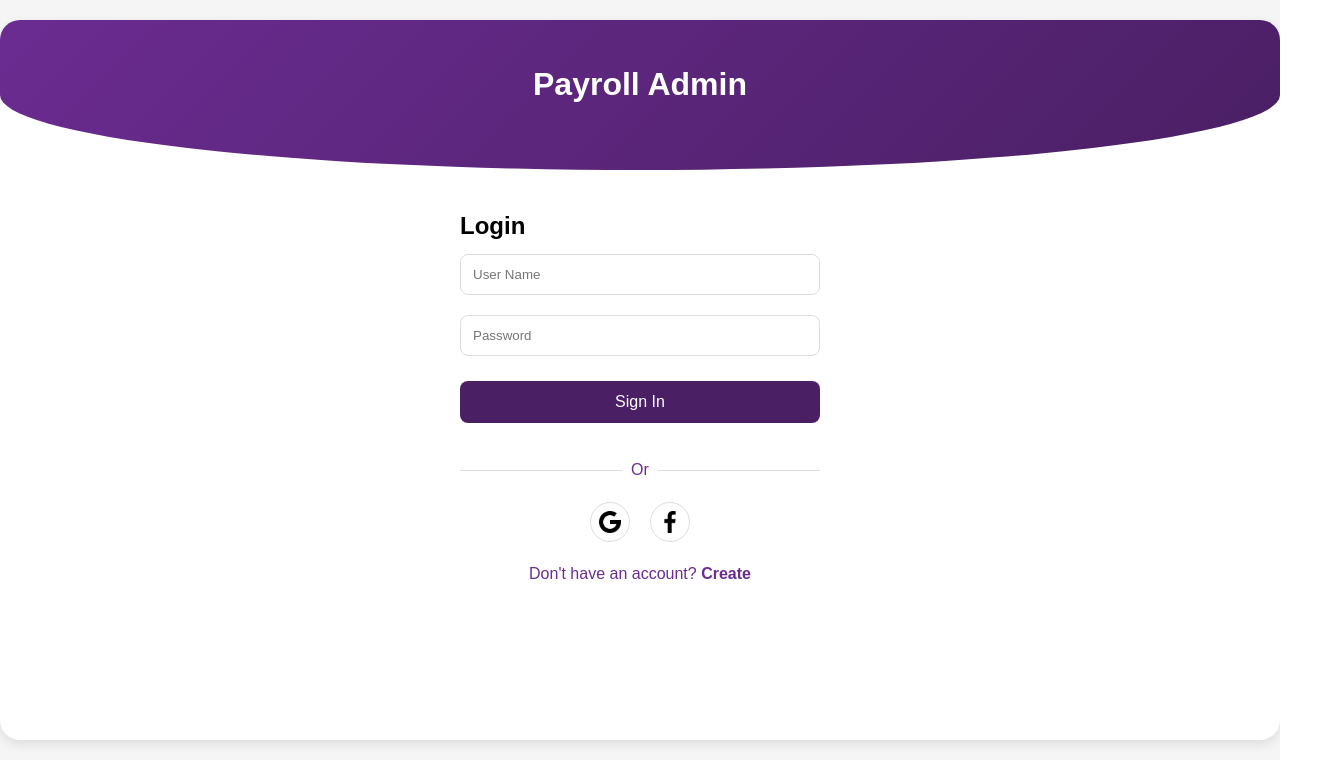
Repository: nino-pixel/payrolllatest
Page: / (app in web_vue/)
The author's editor kept a copy of each file at every save. The page is drawn from the files as they stood at one save, then again after the next save.
The browser window is 1280 px wide. The page is 1280 px wide, then 1320 px, so the pictures cover 1320 px, including what lies to the right of the window. The pictures show the whole page.
The project was rebuilt for these pictures with package versions that can differ from the ones it lists, and the page was loaded fresh each time. Also part of the build but not shown: web_vue/vite.config.js, web_vue/src/components/sign_up.vue, web_vue/src/components/dashboard.vue, web_vue/src/components/employee_management.vue, web_vue/src/components/attendance_management.vue, web_vue/src/components/generate_payroll.vue, web_vue/src/components/mark_attendance_manually.vue, web_vue/src/components/view_payment_history.vue and 2 more.

Above is the page before, as saved 2024-12-20 09:23:25.

After the next save:
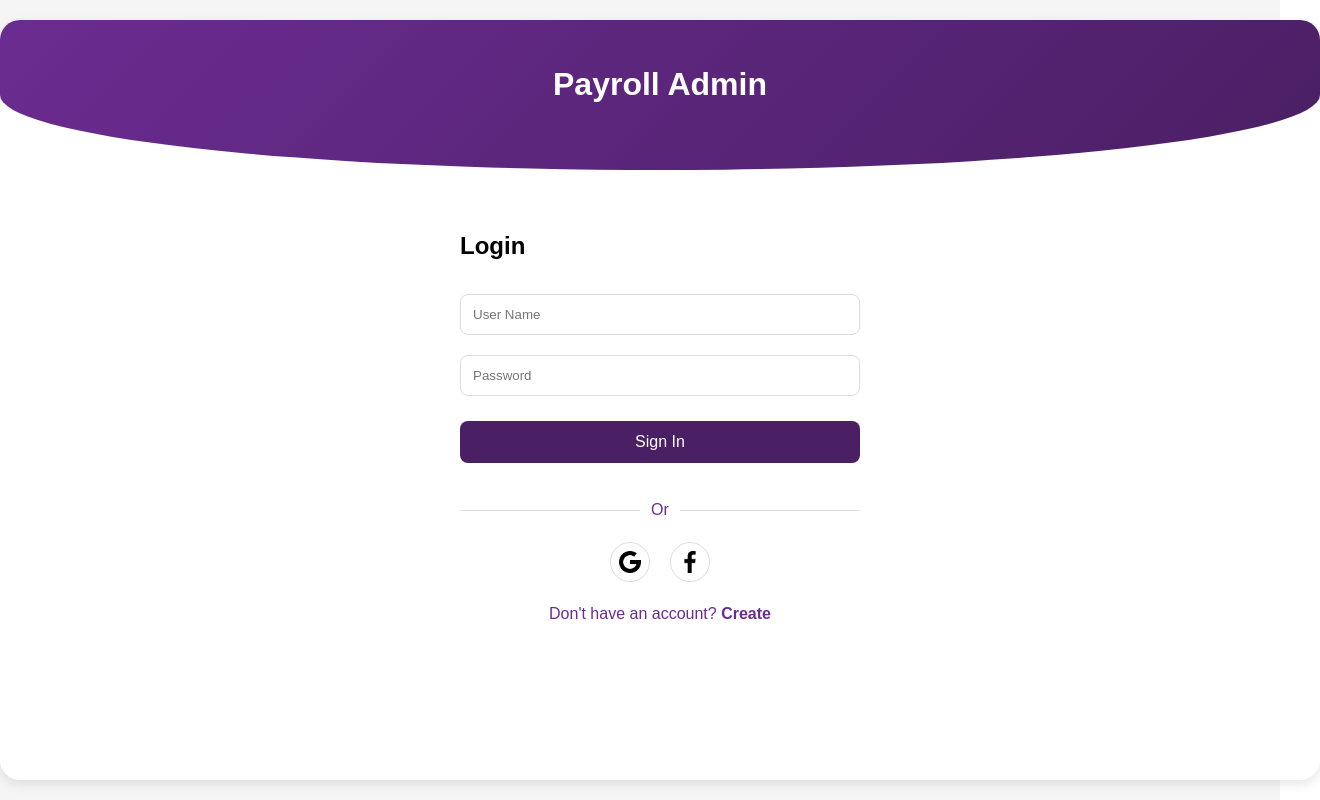
Saved 95 s later.
--- a/web_vue/src/App.vue
+++ b/web_vue/src/App.vue
@@ -1,7 +1,9 @@
 <template>
   <div id="app">
-    <Sidebar v-if="showSidebar" />
-    <router-view />
+    <Sidebar v-if="showSidebar" :is-collapsed="isSidebarCollapsed" @toggle="toggleSidebar" />
+    <div :class="['main-content', { 'with-sidebar': showSidebar && !isSidebarCollapsed }]">
+      <router-view />
+    </div>
   </div>
 </template>
 
@@ -13,26 +15,30 @@ export default {
   components: {
     Sidebar
   },
+  data() {
+    return {
+      isSidebarCollapsed: false
+    }
+  },
   computed: {
     showSidebar() {
-      // Don't show sidebar on login or signup pages
-      const noSidebarRoutes = ['/login', '/signup']
-      return !noSidebarRoutes.includes(this.$route.path)
+      const noSidebarRoutes = ['/login', '/signup'];
+      return !noSidebarRoutes.includes(this.$route.path);
+    }
+  },
+  methods: {
+    toggleSidebar() {
+      this.isSidebarCollapsed = !this.isSidebarCollapsed;
     }
   }
 }
 </script>
+
 <style>
-* {
-  margin: 0;
-  padding: 0;
-  box-sizing: border-box;
-}
+/* App styling remains mostly the same */
 
 #app {
   font-family: Arial, sans-serif;
-  -webkit-font-smoothing: antialiased;
-  -moz-osx-font-smoothing: grayscale;
   display: flex;
   min-height: 100vh;
   background: #f5f5f5;
@@ -40,55 +46,27 @@ export default {
 
 .main-content {
   flex: 1;
+  transition: margin-left 0.3s ease;
   min-height: 100vh;
-  transition: margin-left 0.3s ease;
 }
 
-/* Add margin when sidebar is present */
+/* When sidebar is visible and not collapsed */
 .main-content.with-sidebar {
-  margin-left: 250px; /* Same as sidebar width */
+  margin-left: 250px; /* Sidebar expanded width */
 }
 
-/* Responsive adjustments */
+/* When sidebar is collapsed */
+.main-content.with-sidebar.collapsed {
+  margin-left: 60px; /* Sidebar collapsed width */
+}
+
 @media (max-width: 768px) {
   .main-content.with-sidebar {
-    margin-left: 60px; /* Same as collapsed sidebar width */
+    margin-left: 60px; /* Adjust for smaller screens */
+  }
+
+  .main-content.with-sidebar.collapsed {
+    margin-left: 0;
   }
 }
-
-/* Global styles for consistent look */
-button {
-  cursor: pointer;
-}
-
-input, button {
-  font-family: inherit;
-}
-
-/* Transition effects */
-.fade-enter-active, .fade-leave-active {
-  transition: opacity 0.3s;
-}
-.fade-enter, .fade-leave-to {
-  opacity: 0;
-}
-
-/* Optional: Add scrollbar styling */
-::-webkit-scrollbar {
-  width: 8px;
-}
-
-::-webkit-scrollbar-track {
-  background: #f1f1f1;
-}
-
-::-webkit-scrollbar-thumb {
-  background: #888;
-  border-radius: 4px;
-}
-
-::-webkit-scrollbar-thumb:hover {
-  background: #555;
-}
-
 </style>
